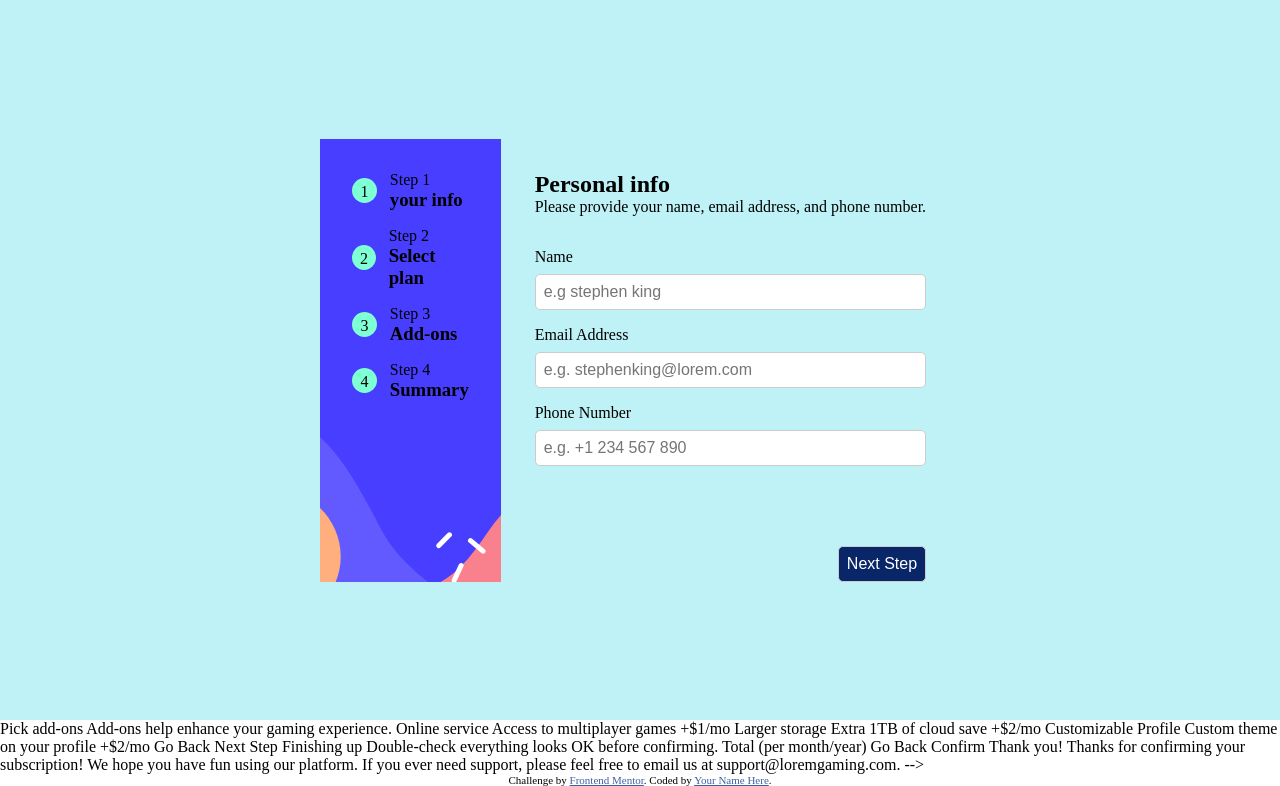
Repository: reemoon-ctrl/reemoon-ctrl.github.io
Page: index.html
These files come from the project's save history. The page is drawn as it stood at one moment and after a run of saves; the edit follows.
The browser window is 1280 px wide. The pictures show the whole page.

Above is the page before, as saved 2025-04-29 09:26:20.

### index.html
<!DOCTYPE html>
<html lang="en">

<head>
  <meta charset="UTF-8">
  <meta name="viewport" content="width=device-width, initial-scale=1.0">
  <!-- displays site properly based on user's device -->

  <link rel="icon" type="image/png" sizes="32x32" href="./assets/images/favicon-32x32.png">
  <link rel="stylesheet" href="./style.css">
  <title>Frontend Mentor | Multi-step form</title>

  <!-- Feel free to remove these styles or customise in your own stylesheet 👍 -->
  <style>
    .attribution {
      font-size: 11px;
      text-align: center;
    }

    .attribution a {
      color: hsl(219, 45%, 44%);
    }
  </style>
</head>

<body>
  <div class="containerCenter">
    <div class="container">
      <div class="sidebar">
        <ul class="sidebarList">
          <li class="sidebar_ele">
            <div>1</div>
            <div>
              <p>Step 1</p>
              <h3>your info</h3>
            </div>
          </li>
          <li class="sidebar_ele">
            <div>2</div>
            <div>
              <p> Step 2</p>
              <h3>Select plan</h3>
            </div>

          </li>
          <li class="sidebar_ele">
            <div>3</div>
            <div>
              <p>Step 3</p>
              <h3>Add-ons</h3>
            </div>
          </li>
          <li class="sidebar_ele">
            <div>4</div>
            <div>
              <p>Step 4</p>
              <h3>Summary</h3>
            </div>

          </li>
        </ul>
      </div>
      <div class="main">
        <div class="formHeader">
          <h2>Personal info</h2>
          <p>Please provide your name, email address, and phone number.
          </p>
        </div>
        <form class="formContainer">
          <div class="formLabelInput">
            <label for="name">Name</label>
            <input type="text" id="name" name="name" placeholder="e.g stephen king">
          </div>
          <div class="formLabelInput">
            <label for="email">Email Address</label>
            <input type="email" id="email" name="email" placeholder="e.g. stephenking@lorem.com">
          </div>
          <div class="formLabelInput">
            <label for="phone">Phone Number</label>
            <input type="tel" name="phone number" placeholder="e.g. +1 234 567 890">
          </div>
          <div id="nextStep">
            <!-- <label for="username">Username:</label> -->
            <button type="button" id="nextStepbtn" name="next step">Next Step</button>
          </div>
        </form>

        <!-- Step 1 end -->
      </div>

    </div>
  </div>

  <!-- Sidebar start -->



  <!-- Sidebar end -->



  <!-- Step 2 start -->
  <!--
  Select your plan
  You have the option of monthly or yearly billing.

  Arcade
  $9/mo

  Advanced
  $12/mo

  Pro
  $15/mo

  Monthly
  Yearly

  Go Back
  Next Step

  <!-- Step 2 end -->

  <!-- Step 3 start -->

  Pick add-ons
  Add-ons help enhance your gaming experience.

  Online service
  Access to multiplayer games
  +$1/mo

  Larger storage
  Extra 1TB of cloud save
  +$2/mo

  Customizable Profile
  Custom theme on your profile
  +$2/mo

  Go Back
  Next Step

  <!-- Step 3 end -->

  <!-- Step 4 start -->

  Finishing up
  Double-check everything looks OK before confirming.

  <!-- Dynamically add subscription and add-on selections here -->

  Total (per month/year)

  Go Back
  Confirm

  <!-- Step 4 end -->

  <!-- Step 5 start -->

  Thank you!

  Thanks for confirming your subscription! We hope you have fun
  using our platform. If you ever need support, please feel free
  to email us at support@loremgaming.com. -->

  <!-- Step 5 end -->

  <div class="attribution">
    Challenge by <a href="https://www.frontendmentor.io?ref=challenge" target="_blank">Frontend Mentor</a>.
    Coded by <a href="#">Your Name Here</a>.
  </div>
</body>

</html>

### style.css
*{
    padding: 0;
    margin: 0;
    box-sizing:border-box;
}
.container{
    display: grid;
    grid-template-columns: 1fr 3fr;
    /* padding: 1rem; */
    width:50%;
    height: 50%;
    align-items: center;
    justify-content: center;
    align-content: center;;
    justify-items:center ;
    /* margin-top: 25%; */
}
.containerCenter{
    height:100vh;
    display: flex;
    justify-content: center;
    align-items: center;
    align-content: center;
    background-color: #bff2f6;

}
.main{
    padding: 2rem 2rem 0 2rem;
    display: grid;
}
.sidebar{
    height:100% ;
    padding: 2rem;
    background:no-repeat url(./assets/images/bg-sidebar-desktop.svg) center ;
}
.sidebarList{
    list-style: none;
    display: flex;
    flex-direction: column;
    gap: 1rem;
    justify-content: space-between;
    /* height: 100%; */
}
.sidebar_ele{
    display: flex;
    /* align-content:stretch; */
    gap: .8rem;
    align-items: center;
}
.sidebar_ele>div:first-child{
    width: 25px;
    height:25px;
    background-color: aquamarine;
    border: 1px bold white;
    border-radius: 50%;
    text-align: center;
    padding: 5px;
}
.formContainer{
    display: grid;
    grid-template-columns:1fr ;
    gap:1rem ;
}
.formHeader{
    padding-bottom: 2rem;
}
.formLabelInput{
    display: flex;
    flex-direction: column;
    gap:.5rem;
}
#nextStep{
    display: flex;
    justify-content:flex-end;
    align-items: center;
    background-color: #bff2f6;
    padding-top: 4rem;
}
#nextStepbtn{
    padding: .5rem;
    border-radius: 5px;
    border: 1px solid #ccc;
    background-color: #092668;
    color: #fff;
    font-size: 1rem;
    /* color: #333; */
    cursor: pointer;
}
.formLabelInput>input{
    padding: .5rem;
    border-radius: 5px;
    border: 1px solid #ccc;
    background-color: #fff;
    font-size: 1rem;
    color: #333;
}

After the next 2 saves:
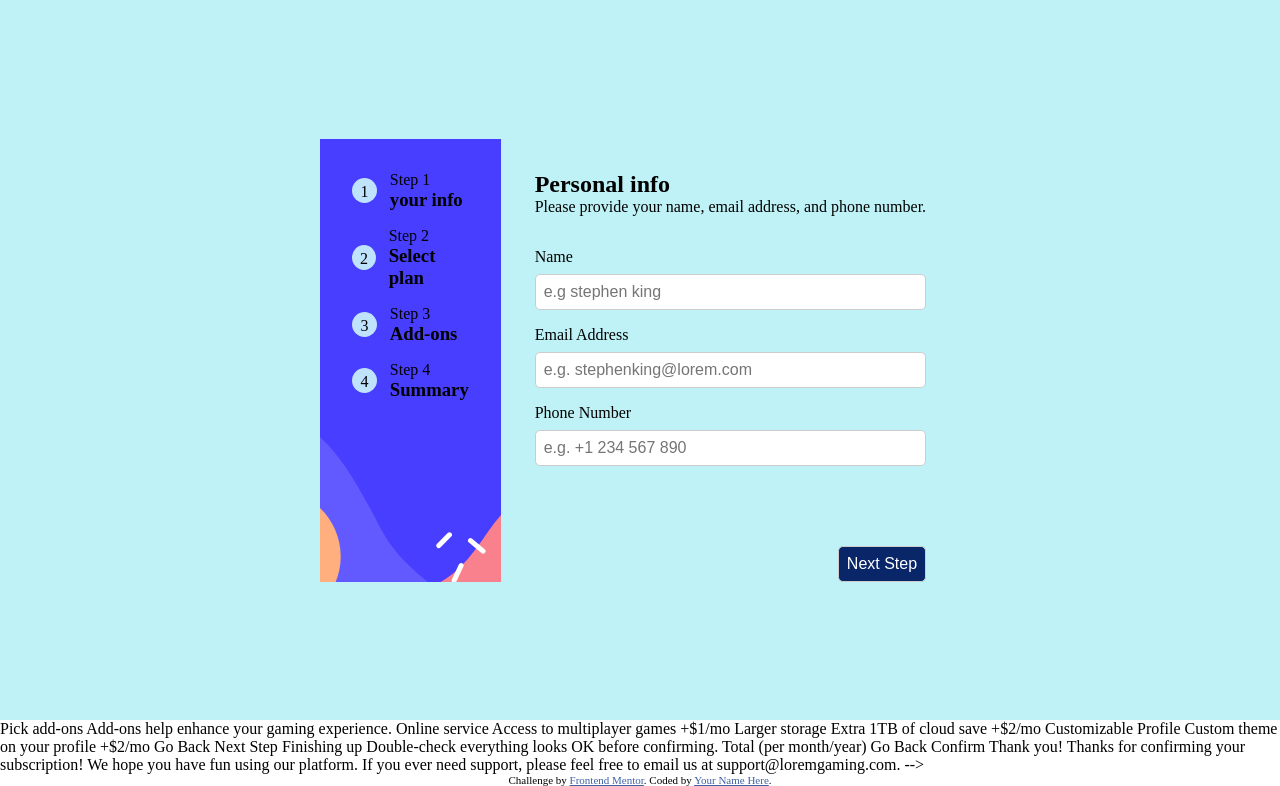
The 2 saves are shown as one change because they came seconds apart.
The last was saved 3 min 29 s later.
--- a/style.css
+++ b/style.css
@@ -50,7 +50,7 @@
 .sidebar_ele>div:first-child{
     width: 25px;
     height:25px;
-    background-color: aquamarine;
+    background-color: #bfe2fd;
     border: 1px bold white;
     border-radius: 50%;
     text-align: center;
